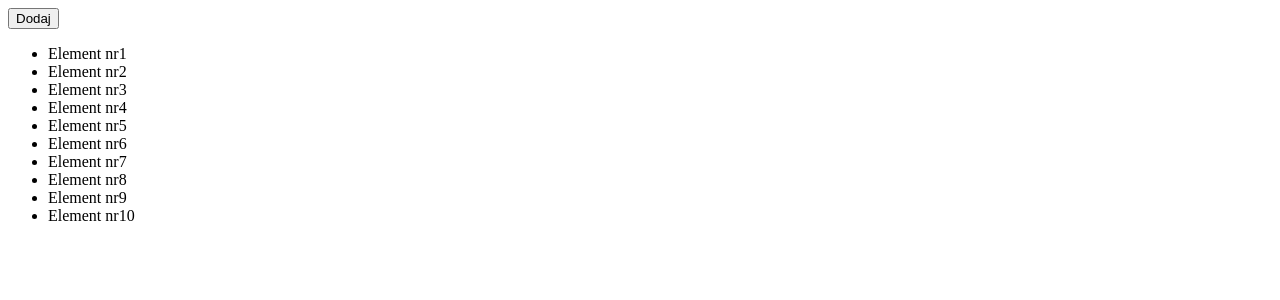
Repository: bartosz1919/Exercise-with-JS---Dynamic_-ul-
Page: index.html
An editor plug-in stored every save of this project. The page is shown before and after the next save, followed by the edit.
The browser window is 1280 px wide. The pictures show the whole page.
After loading, the first visible `button` was clicked once.

Above is the page before, as saved 2020-03-25 23:52:30.

### index.html
<!-- Projekt 3 - Zadanie 2 -
 https://websamuraj.pl/examples/js/projekt3-zad2/

- Stwórz rozwiązanie z pomocą dwóch funkcji w oparciu o strukturę w main.js Nie dodawaj nic więcej do zakresu globalnego.

- funkcja init, która będzie uruchomiona po wczytaniu strony. Jej zadaniem jest:
--- stworzyć dwa elementy
<button>Dodaj 10 elementów listy</buttn>
<ul></ul>
--- dodaj je do body
--- ustaw nasłuchiwanie na przycisk


--- funkcja createLiElements, która będzie uruchamiana po kliknięciu przycisku stworzonego przez funkcję init. Jej zadanie to:
--- tworzenie 10 elementów li i umieszczanie ich w elemencie ul
--- kazdy z 10 elementów ma mieć swój indeks (order) pczy czym kolejne 10 elementów ma być konynuacją (czilu pierwszy klik mamy 1-10, kolejny 11-20 itd)
--- każdy kolejny element il ma mieć font-size większy o 1px.

- bez zmian w pliku html (nie dodajemy html-a i css-a). Cały kod piszemy w elemencie main.js

-->
<!DOCTYPE html>
<html lang="en">

<head>
 <meta charset="UTF-8">
 <title>Projekt 3 - zadanie 2</title>


</head>

<body>

 <script src="main.js"></script>
</body>

</html>

### main.js
let size = 10;
let orderElement = 1;

const init = () => {
    const btn = document.createElement("Button");
    btn.innerText = "Dodaj";
    document.body.appendChild(btn);
    const list = document.createElement("ul");
    document.body.appendChild(list);

    btn.addEventListener(`click`, createLiElements);

}

const createLiElements = () => {
    console.log(`dupa`);

    for (let i = 0; i < 10; i++) {
        const li = document.createElement(`li`);
        li.innerText = "Element nr" + orderElement;
        const ul = document.querySelector(`ul`);
        ul.appendChild(li);
        orderElement++;
        li.style.fontSize = `$ {
            size
        }
        px;`

    }

}

init()

After the next save:
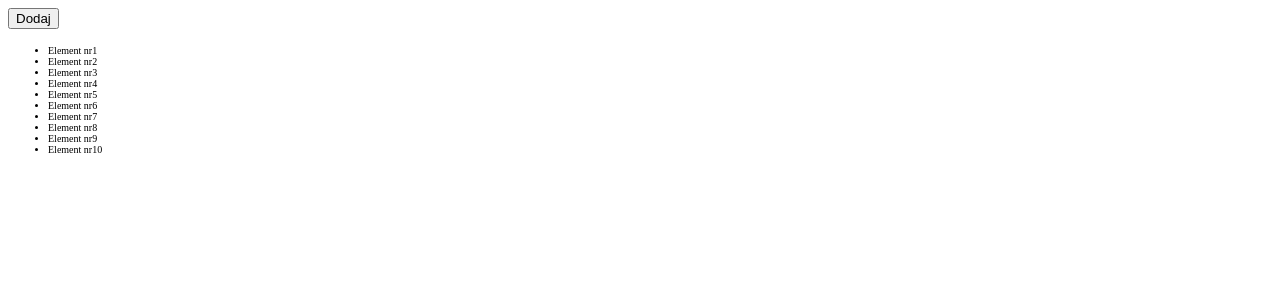
Saved 29 s later.
--- a/main.js
+++ b/main.js
@@ -21,10 +21,7 @@ const createLiElements = () => {
         const ul = document.querySelector(`ul`);
         ul.appendChild(li);
         orderElement++;
-        li.style.fontSize = `$ {
-            size
-        }
-        px;`
+        li.style.fontSize = `${size}px`;
 
     }
 
